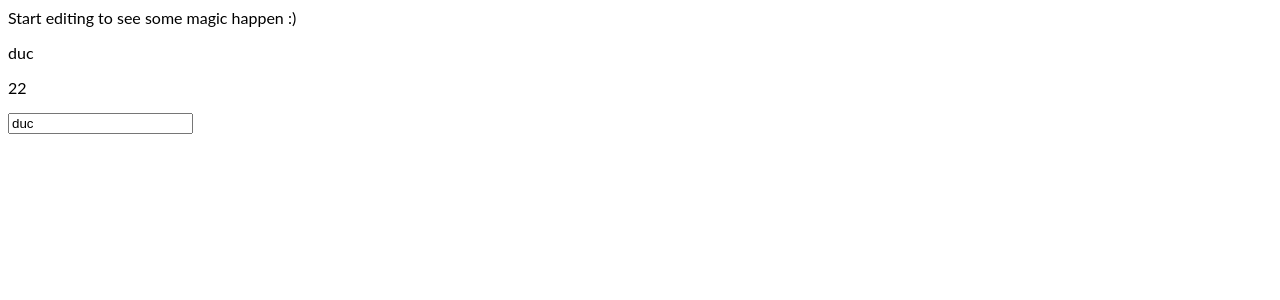
Repository: leduc24/baitap-angular100day
Page: / (app in angular_bai3/)
The author's editor kept a copy of each file at every save. The page is drawn from the files as they stood at one save, then again after the next save.
The browser window is 1280 px wide. The pictures show the whole page.
The project was rebuilt for these pictures with package versions that can differ from the ones it lists, and the page was loaded fresh each time. Also part of the build but not shown: angular_bai3/angular.json, angular_bai3/src/app/hello.component.ts.

Above is the page before, as saved 2022-06-30 11:01:17.

### angular_bai3/src/index.html
<html>
  <head>
    <title>Angular App </title>
  </head>
  <body>
  <my-app>loading</my-app>
  </body>
</html>

### angular_bai3/src/app/app.component.ts
import { Component, VERSION } from '@angular/core';

@Component({
  selector: 'my-app',
  templateUrl: './app.component.html',
  styleUrls: ['./app.component.css'],
})
export class AppComponent {
  name = 'Angular ' + VERSION.major;

  // DATA BiNDING

  user = {
    name: 'duc',
    age: 22
  }
}

### angular_bai3/src/app/app.component.html

<p>
  Start editing to see some magic happen :)
</p>


<p> {{ user.name}}</p>
<p> {{ user.age}}</p>

<input [type] ="'text'" [value]= "user.name">

Loaded but not shown: angular_bai3/src/styles.css (common file); angular_bai3/src/main.ts (common file); angular_bai3/src/polyfills.ts (common file); angular_bai3/src/app/app.module.ts (common file); angular_bai3/src/app/app.component.css (common file)

After the next save:
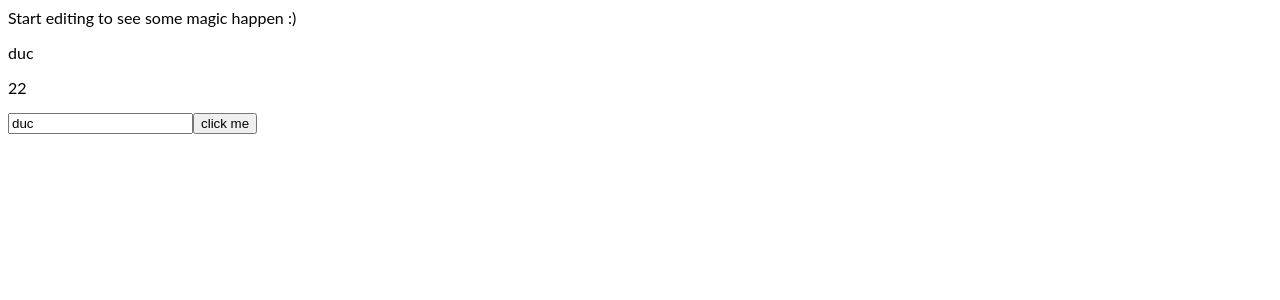
Saved 2 min 11 s later.
--- a/angular_bai3/src/app/app.component.html
+++ b/angular_bai3/src/app/app.component.html
@@ -8,3 +8,5 @@
 <p> {{ user.age}}</p>
 
 <input [type] ="'text'" [value]= "user.name">
+
+<button type = "button"> click me </button>
